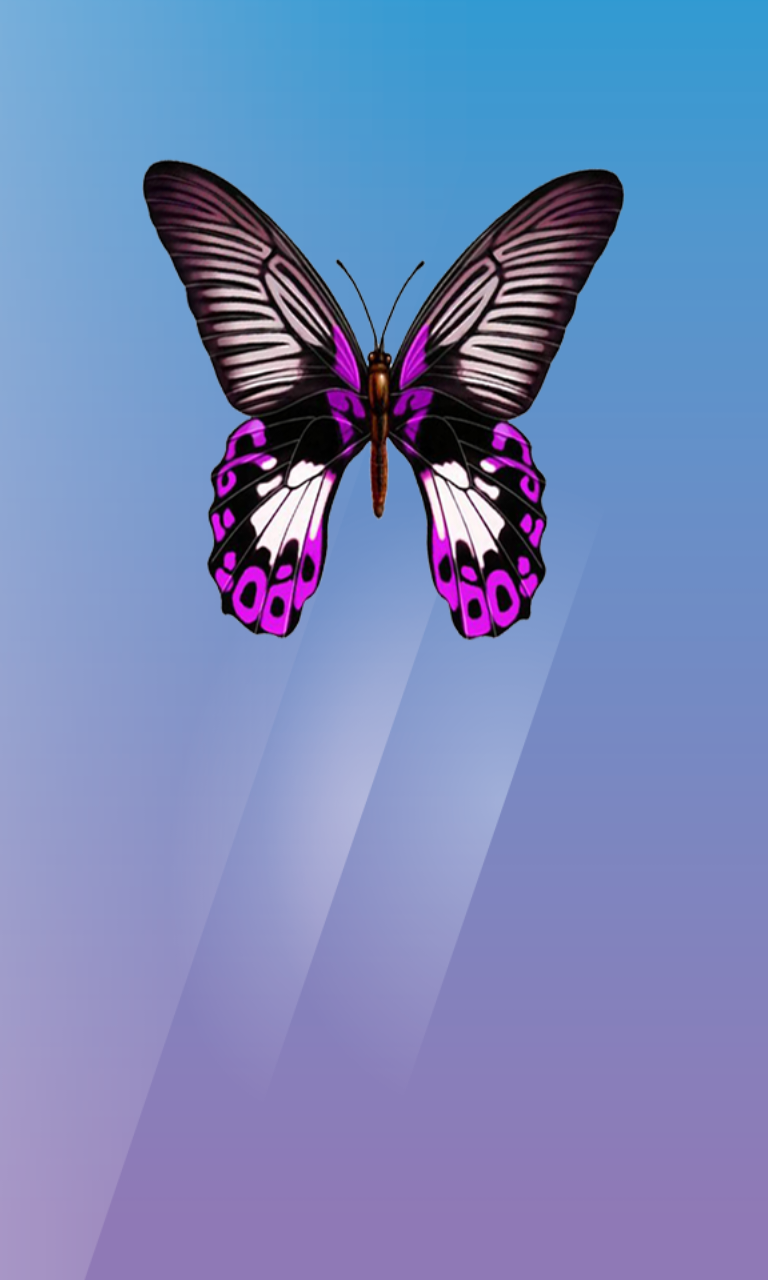
Repository: mimimy/MassagePro
Layout: BLE-Version/MassageTool/res/layout/activity_splash.xml
These files come from the project's save history. The layout is drawn as it stood at one moment and after the next save; the edit follows.
It is drawn on a 768 x 1280 px phone screen (xhdpi) without system bars, with theme AppTheme; the app's code is not run.

Above is the layout before, as saved 2018-07-23 13:30:04.

After the next save:
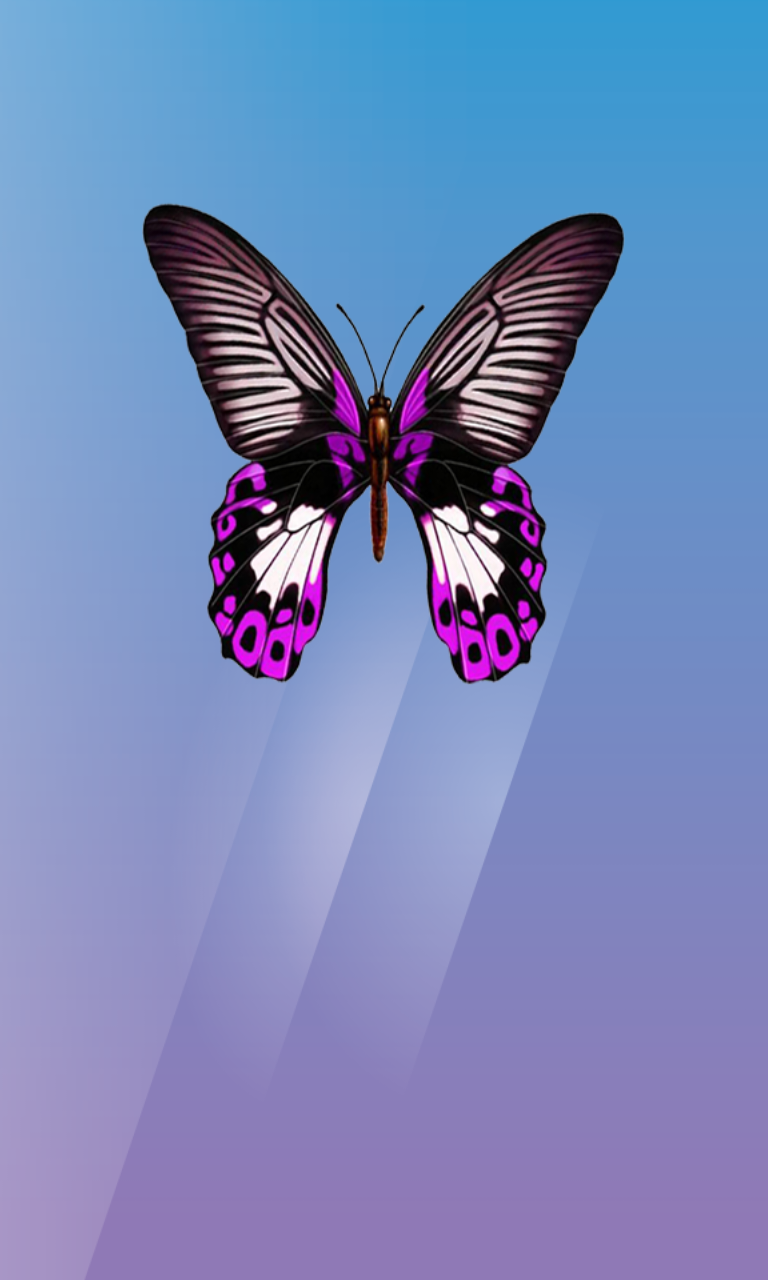
Saved 33 s later.
--- a/BLE-Version/MassageTool/res/layout/activity_splash.xml
+++ b/BLE-Version/MassageTool/res/layout/activity_splash.xml
@@ -12,7 +12,7 @@
         android:layout_height="wrap_content"
         android:layout_alignParentTop="true"
         android:layout_centerHorizontal="true"
-        android:layout_marginTop="68dp"
+        android:layout_marginTop="90dp"
         android:src="@drawable/flying" />
 
 </RelativeLayout>
